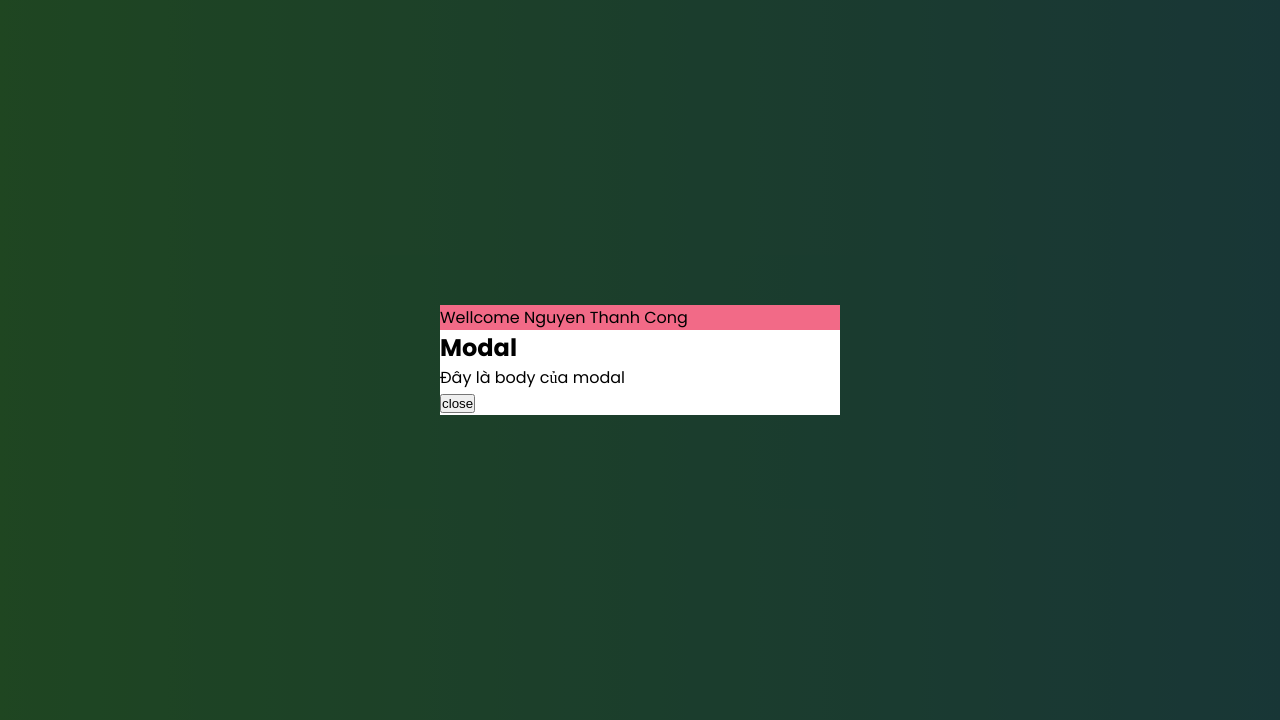
Repository: congnt98/Lean-javascript-in-project
Page: 30Days/3_Modal/index.html
An editor plug-in stored every save of this project. The page is shown before and after a run of saves, followed by the edit.
The browser window is 1280 px wide. The pictures show the whole page.

Above is the page before, as saved 2024-02-18 20:19:15.

After the next 7 saves:
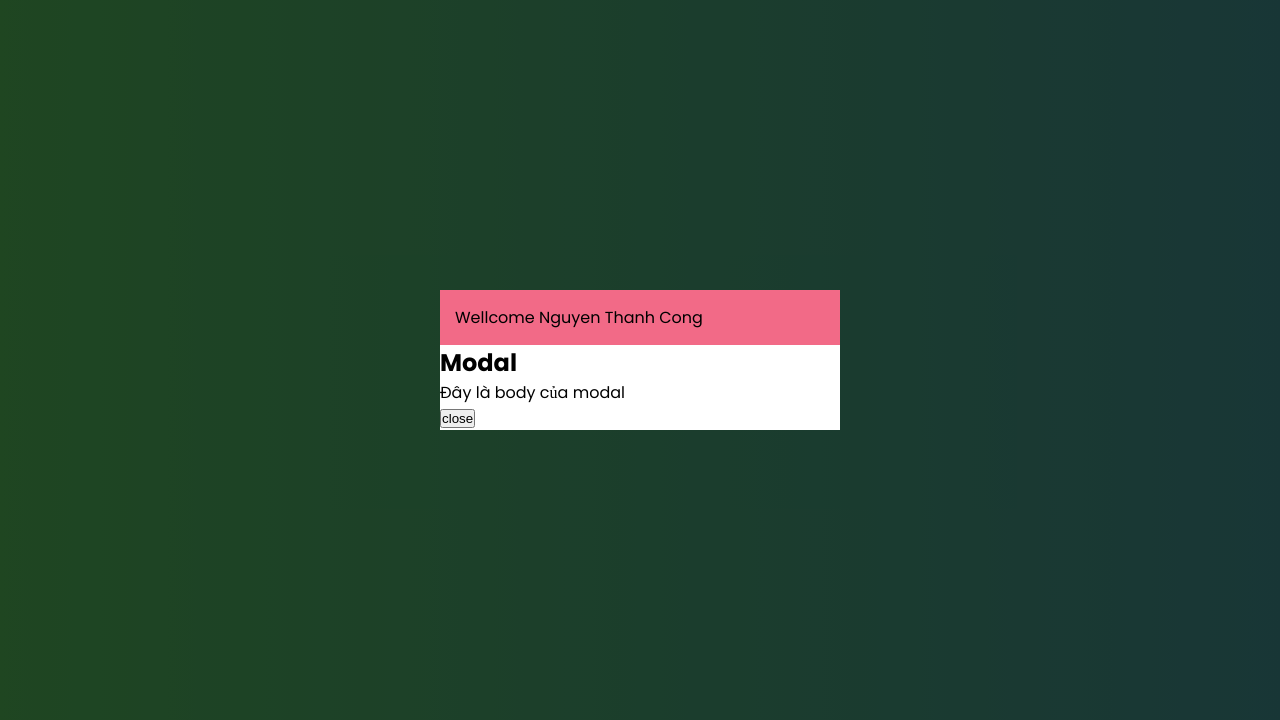
The 7 saves are shown as one change because they came seconds apart.
The last was saved 25 s later.
--- a/30Days/3_Modal/style.css
+++ b/30Days/3_Modal/style.css
@@ -59,6 +59,8 @@ body {
 
 .modal__header {
     background-color: var(--pink-color);
+    padding: 15px;
+    center
 }
 
 .modal__body {}
